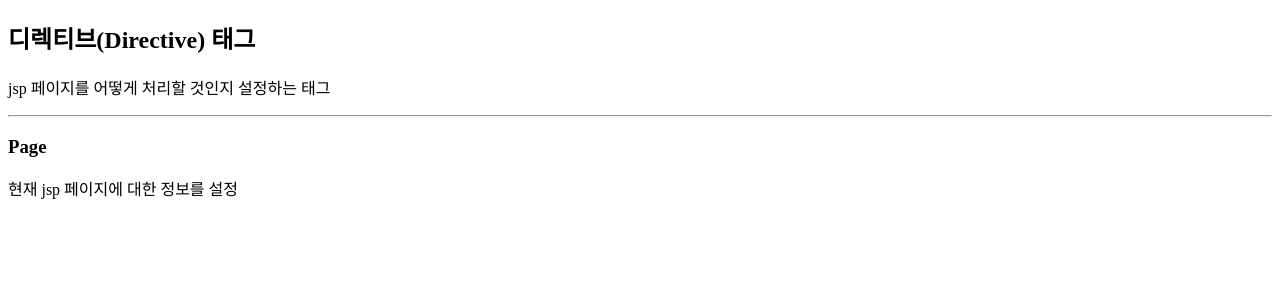
Repository: Rua1006/JSP
Page: http://localhost/practice02/01Directive.jsp
An editor plug-in stored every save of this project. The page is shown before and after the next save, followed by the edit.
The browser window is 1280 px wide. The pictures show the whole page.
The page is served by Tomcat 9. Other server files are loaded and not shown.

Above is the page before, as saved 2022-11-10 01:30:19.

### practice02/WebContent/01Directive.jsp
<%@ page language="java" contentType="text/html; charset=UTF-8"
    pageEncoding="UTF-8"%>
<%@ taglib prefix="c" uri="http://java.sun.com/jsp/jstl/core"%>
<%@ taglib prefix="fmt" uri="http://java.sun.com/jsp/jstl/fmt"%>
<%@ page import ="java.util.*" %>
<%@ page import ="java.text.*, java.net.InetAddress" %>
<!DOCTYPE html>
<html>
<head>
<meta charset="UTF-8">
<title>Directive</title>
</head>
<body>
	<h2>디렉티브(Directive) 태그</h2>
	<p>jsp 페이지를 어떻게 처리할 것인지 설정하는 태그</p>
	<hr>
	<h3>Page</h3>
	<p>현재 jsp 페이지에 대한 정보를 설정</p>
</body>
</html>

After the next save:
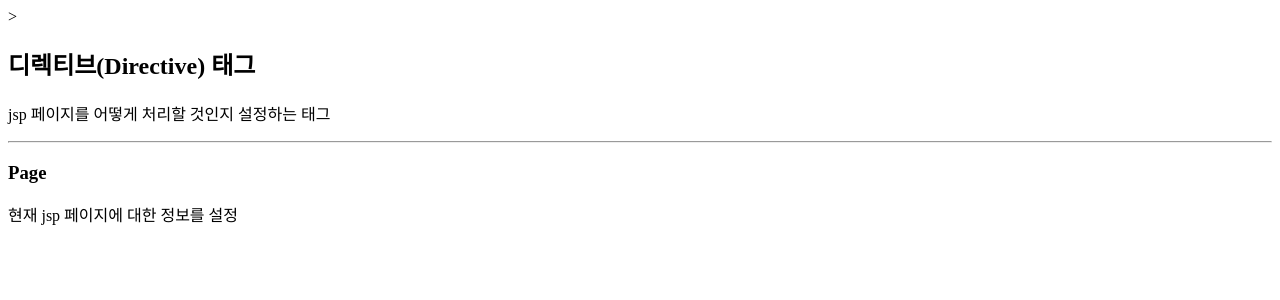
Saved 8 s later.
--- a/practice02/WebContent/01Directive.jsp
+++ b/practice02/WebContent/01Directive.jsp
@@ -1,9 +1,10 @@
 <%@ page language="java" contentType="text/html; charset=UTF-8"
     pageEncoding="UTF-8"%>
-<%@ taglib prefix="c" uri="http://java.sun.com/jsp/jstl/core"%>
-<%@ taglib prefix="fmt" uri="http://java.sun.com/jsp/jstl/fmt"%>
+<%@ taglib prefix="c" uri="http://java.sun.com/jsp/jstl/core" %>
+<%@ taglib prefix="fmt" uri="http://java.sun.com/jsp/jstl/fmt" %>
 <%@ page import ="java.util.*" %>
 <%@ page import ="java.text.*, java.net.InetAddress" %>
+>
 <!DOCTYPE html>
 <html>
 <head>

After the save that followed:
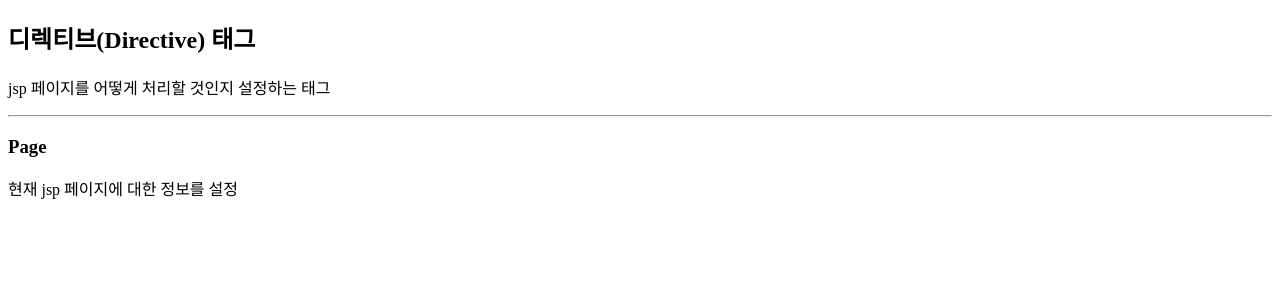
Saved 4 s later.
--- a/practice02/WebContent/01Directive.jsp
+++ b/practice02/WebContent/01Directive.jsp
@@ -4,7 +4,7 @@
 <%@ taglib prefix="fmt" uri="http://java.sun.com/jsp/jstl/fmt" %>
 <%@ page import ="java.util.*" %>
 <%@ page import ="java.text.*, java.net.InetAddress" %>
->
+<% %>
 <!DOCTYPE html>
 <html>
 <head>
